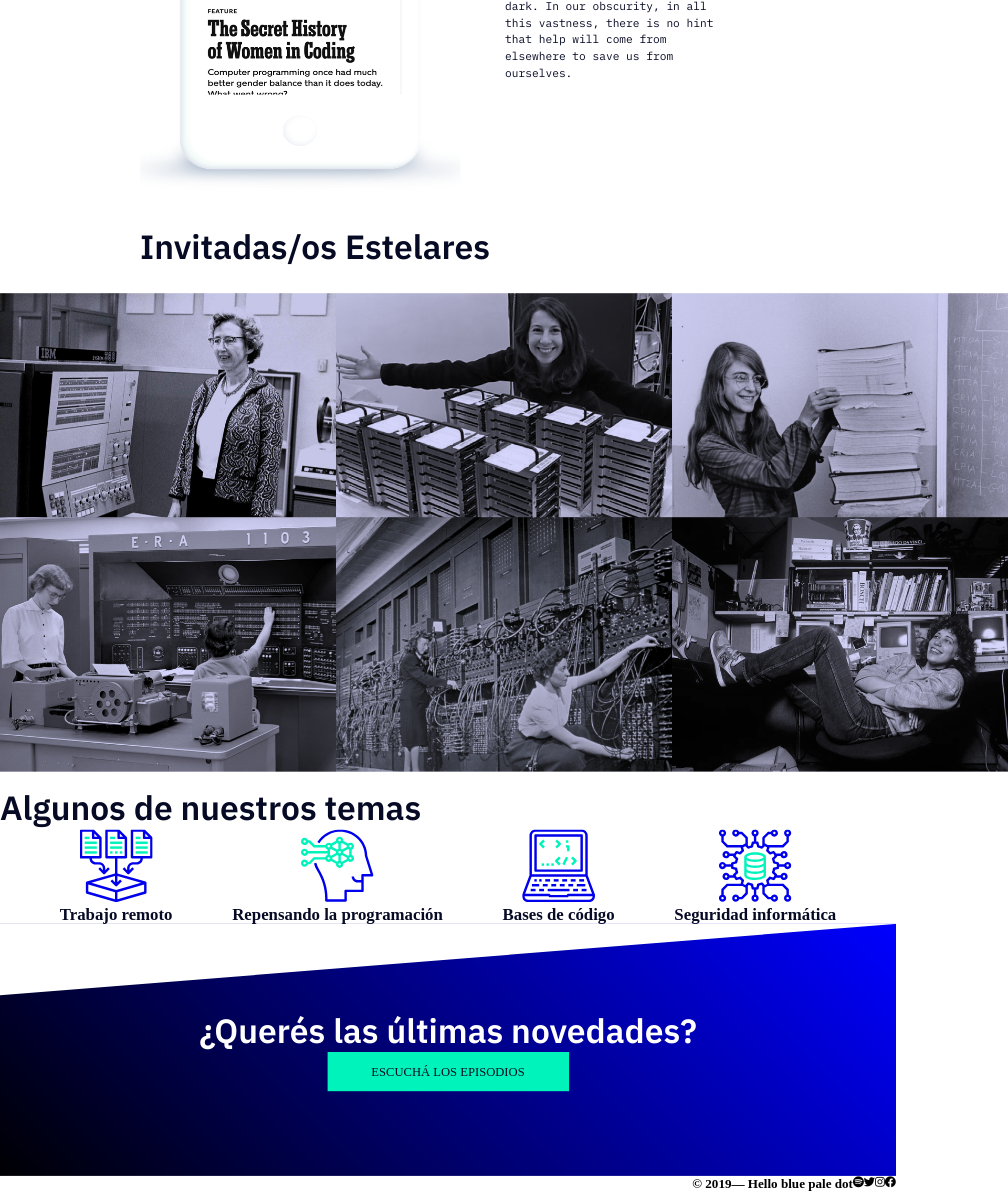
Repository: FedeGA93/podcast
Page: index.html
These files come from the project's save history. The page is drawn as it stood at one moment and after the next save; the edit follows.
The browser window is 1280 px wide. The page is 1440 px wide, so the pictures cover 1440 px, including what lies to the right of the window. The pictures show the part of the page from y = 1527 to 3247 px (the page is 3229 px tall before and 3247 px after), at 70% of full size.
Pictures or frames that could not be fetched are drawn as grey boxes. Some web libraries are served in a nearby version.

Above is the page before, as saved 2019-11-25 19:12:43.

### index.html
<!DOCTYPE html>
<html lang="es">

<head>
    <meta charset="UTF-8">
    <meta name="viewport" content="width=device-width, initial-scale=1.0">
    <meta http-equiv="X-UA-Compatible" content="ie=edge">
    <title>BlueDot</title>
    <link rel="stylesheet" href="styles/styles.css">
    <link href="https://fonts.googleapis.com/css?family=IBM+Plex+Mono|IBM+Plex+Sans:400,400i,500,600&display=swap"
        rel="stylesheet">
    <link rel="stylesheet" href="https://cdnjs.cloudflare.com/ajax/libs/font-awesome/5.11.2/css/all.css">
</head>

<body>
    <header>
        <div class="menu">
            <div>
                <img src="images/logo.svg" alt="Logo del podcast" class="responsive-logo">
            </div>
            <div>
                <nav>
                    <input type="checkbox" />
                    <span class="barras-negras-hamburger"></span>
                    <span class="barras-negras-hamburger"></span>
                    <span class="barras-negras-hamburger"></span>
                    <ul class="menu-child">
                        <li><a class="color-letras" href="#epi">EPISODIOS</a></li><br>
                        <li><a class="color-letras" href="#nos">NOSOTROS</a></li><br>
                        <li><a class="color-letras" href="#ent">ENTREVISTAS</a></li><br>
                        <li><a class="color-letras" href="#topi">TOPICOS</a></li><br>
                    </ul>
                </nav>
            </div>
        </div>
    </header>
    <main class="first-box">
        <div class="main-child">
            <h1>Hello <s>world</s> pale blue dot<strong class="strong-dot">.</strong></h1>
        </div>
        <div class="main-child">
            <p class="parrafos-general">El portal de podcasts que explora el mundo de la programación y <br> la
                tecnología.
                Nuevos episodios, todos los jueves cada 15 días.</p>
        </div>
        <div class="main-child">
            <article>
                <p><a class="btn cnmas" href="#nos">CONOCÉ MÁS</a></p>
            </article>
        </div>
    </main>
    <section>
        <article class="fondo-azul-gradiente sec">
            <div class="corteuno"></div>
            <div class="cortedos"></div>
            <div>
                <p class="color-blanco pad" id="epi">Episodios</p>
            </div>
            <div class="flex-spotify">
                <iframe src="https://open.spotify.com/embed-podcast/show/2ySVrxGkN6n6frMTo9Nsrt"
                    allowtransparency="true" frameborder="0" allow="encrypted-media"></iframe>
                <iframe src="https://open.spotify.com/embed-podcast/show/4kYCRYJ3yK5DQbP5tbfZby"
                    allowtransparency="true" frameborder="0" allow="encrypted-media"></iframe>
                <iframe src="https://open.spotify.com/embed-podcast/episode/2VHYWRX1mHcZQS89y3z2Xv" frameborder="0"
                    allowtransparency="true" allow="encrypted-media"></iframe>
                <iframe src="https://open.spotify.com/embed-podcast/show/2Iibd5A6R7mxkCm4NwNmUn"
                    allowtransparency="true" frameborder="0" allow="encrypted-media"></iframe>
            </div>
    </section>
    <section>

        <div class="informacion">
            <article>
                <img src="images/phone.png" alt="El podcast en un telefono" class="phone">
            </article>
            <articleS>
                <h2 class="color-negro" id="nos">De dónde venimos</h2>

                <p class="parrafos-general limit-text">Our posturings, our imagined self-importance, the delusion that
                    we
                    have some
                    privileged position in the Universe, are challenged by this point of pale light. </p> <br>

                <p class="parrafos-general limit-text">
                    Our planet is a lonely speck in the great enveloping cosmic dark. In our obscurity, in all this
                    vastness, there is no hint that help will come from elsewhere to save us from ourselves.</p>

                </article>
        </div>

    </section>
    <section>
        <h2 class="color-negro paddie" id="ent">
            Invitadas/os Estelares
        </h2>

        <div class="photo-box">
            <img src="images/grace-hopper.png" alt="Foto de Grace Hopper" class="photos">
            <img src="images/Katie-Bouman.png" alt="Foto de Katie Bouman" class="photos">
            <img src="images/Margaret_Hamilton.png" alt="Margaret Hamilton" class="photos">
            <img src="images/computadora1950.png" alt="Una computadora del año 1950" class="photos">
            <img src="images/computadoraprogramable.png" alt="La primera computadora programable del mundo"
                class="photos">
            <img src="images/susan-kare.png" alt="Foto de Susan Kare" class="photos">

        </div>
    </section>
    <section class="top">
        <h2 class="color-negro center-text" id="topi">Algunos de nuestros temas</h2>
        <div>
            <section class="alineado">
                <article>
                    <img src="images/icon1.svg" alt="Una computadora que demuestra el trabajo remoto"
                        class="theme-size">
                    <p class="temas">Trabajo remoto</p>
                </article>
                <article>
                    <img src="images/icon2.svg" alt="Una cabeza pensando" class="theme-size">
                    <p class="temas">Repensando la programación</p>
                </article>

                <article>
                    <img src="images/icon3.svg" alt=" Un libro de código" class="theme-size">
                    <p class="temas">Bases de código</p>
                </article>

                <article>
                    <img src="images/icon4.svg" alt="Logo de seguridad" class="theme-size">
                    <p class="temas">Seguridad informática</p>
                </article>
            </section>
        </div>
    </section>
    <section>
        <div class="fondo-azul-gradiente secfoot">
            <div class="corteuno"></div>
            <article>
                <h2 class="color-blanco center-text">
                    ¿Querés las últimas novedades?
                </h2>
            </article>

            <article>
                <p> <a class="btn ele" href="#epi">ESCUCHÁ LOS EPISODIOS</a> </p>
            </article>

        </div>
    </section>

    <footer>
        <div class="flex-end">
            <h3 class="informacion">© 2019— Hello blue pale dot </h3>
            <i class="fab fa-spotify"></i>
            <i class="fab fa-twitter"></i>
            <i class="fab fa-instagram"></i>
            <i class="fab fa-facebook"></i>
        </div>
    </footer>
</body>

</html>

### styles/styles.css
* {
  margin: 0;
  padding: 0;
  border: 0;
  box-sizing: content-box;
}

.menu {
  display: flex;
  flex-flow: row;
  justify-content: space-between;
  padding: 22px 244px 120px 100px;
  position: static;
  top: 0;
  overflow: hidden;
}
.menu-child {
  display: flex;
  flex-flow: row wrap;
  text-decoration: none;
  list-style-type: none;
  justify-content: flex-end;
  text-indent: 20px;
}

.first-box {
  display: flex;
  flex-flow: column;
  padding: 0 13%;
}
.main-child {
  justify-content: center;
}
.color-letras:active {
  color: RGBA(6, 10, 36, 0.53);
}
.color-letras:hover {
  color: #00f3bb;
  text-decoration: line-through;
}
.color-letras {
  font-family: "IBM Plex Mono", monospace;
  font-size: 16px;
  color: #060a24;
  letter-spacing: 0;
  line-height: 28px;
  text-decoration: none;
}

h1 {
  font-family: "IBM Plex Sans", sans-serif;
  font-size: 64px;
  color: #060a24;
  letter-spacing: 0;
}
.strong-dot {
  font-family: "IBM Plex Sans", sans-serif;
  font-size: 64px;
  color: #0000ec;
  letter-spacing: 0;
}
.parrafos-general {
  font-family: "IBM Plex Mono", monospace;
  font-size: 16px;
  color: #060a24;
  letter-spacing: 0;
  line-height: 24px;
}

input {
  display: none;
}

.sec {
  position: relative;
  width: 100%;
  height: 124vh;
  overflow: hidden;
}
.secfoot {
  display: flex;
  justify-content: center;
  align-items: center;
  flex-direction: column;
  position: relative;
  width: 100%;
  height: 50vh;
  overflow: hidden;
}
.fondo-azul-gradiente {
  background-image: linear-gradient(225deg, #0000ff 0%, #000003 100%);
}

/* Cortes del fondo */

.corteuno {
  position: absolute;
  top: 0;
  left: 0;
  border-width: 0 0 8vw 100vw;
  border-style: solid;
  border-color: transparent #fff transparent;
}
.cortedos {
  position: absolute;
  bottom: 0;
  left: 0;
  border-width: 0 0 10vw 100vw;
  border-style: solid;
  border-color: transparent transparent #fff;
}

.color-blanco {
  font-family: 'IBM Plex Sans', sans-serif;
  font-size: 48px;
  color: #ffffff;
  letter-spacing: 0;
}.color-negro {
  font-family: "IBM Plex Sans", sans-serif;
  font-size: 48px;
  color: #060a24;
  letter-spacing: 0;
}
.informacion {
  display: flex;
  justify-content: flex-start;
  flex-direction: row;


}

.btn {
  display: flex;
  align-items: center;
  justify-content: center;
  background-color: #00f3bb;
  font-family: "IBMPlexMono", Medium;
  font-size: 18px;
  color: #060a24;
  letter-spacing: 0;
  text-align: center;
  line-height: 24px;
  text-decoration: none;
}
.btn:hover,
.btn:focus {
  background-image: linear-gradient(225deg, #0000fe 0%, #00f0b8 100%);
  color: #ffffff;

}
.cnmas{
  height: 56px;
  width: 226px;
}
.ele{
  width: 345px;
  height: 56px;

}

.flex {
  display: flex;
  flex-direction: row;
  flex-wrap: nowrap;
  justify-content: space-between;
}
.pad {
  padding:7% 12.76% 0;
}
.flex-spotify {
  display: flex;
  flex-flow: row wrap;
  padding: 2% 8% ;
}
.temas {
  font-family: "IBMPlexSans";
  font-weight: 600;
  font-size: 24px;
  color: #060a24;
  letter-spacing: 0;
  text-align: center;
}

.alineado {
  display: flex;
  flex-flow: row;
  justify-content: space-evenly;
  text-align: center;
}
.phone {
  position: relative;
  top: -311px;
  height: 660px;
  width: 457.6px;
  padding: 200px 64px 0 200px;
}
iframe {
  padding: 0 72px 72px 0;
  position: relative;
  z-index: 1;
  width:44%;
  height: 232px ;
}

.paddie {
  margin: -267px 0 36px 200px;
  z-index: 1;
}
.photos {
  width: 480px;
  height: 364px;
}
.photo-box {
  width:fit-content;
  display: grid;
  grid-template-columns: repeat(3, 0fr);
  grid-template-rows: repeat(2, min(25vw));
}
.limit-text{
  width: 54%;
}
.theme-size{
  width: 104px;
  height: 104px;
}
.top{
  margin-top:5%;
}
.flex-end{
  display: flex;
  flex-direction: row;
  justify-content: flex-end;
}
/*
  ***************************************************
    ***********************************************
      ********************************************
        ****************************************
        *****************MOBILE*****************
        ****************************************
      ********************************************
     **********************************************
   **************************************************
 */

@media screen and (max-width: 600px) {
  * {
    margin: 0px;
    padding: 0;
    border: 0;
  }
  .barra-navegadora {
    display: none;
  }
  .menu{
    padding: 0px;
  }
  .seccion {
    width: 100%;
  }

  .responsive-logo {
    margin: 2.2% 87.5% 1.2% 2%;
  }
  .menu-child {
    display: none;
  }
  .menu-child:hover {
    display: block;
  }
  #burger {
    display: flex;
    justify-content: flex-end;
  }
  h1 {
    font-family: "IBM Plex Sans", sans-serif;
    font-size: 36px;
    color: #060a24;
    letter-spacing: 0;
    line-height: 42px;
  }

  p.parrafos-general {
    font-family: "IBM Plex Mono", monospace;
    font-size: 14px;
    color: #060a24;
    letter-spacing: 0;
    line-height: 22px;
  }
    h2.color-blanco {
    font-family: "IBM Plex Sans", sans-serif;
    font-size: 36px;
    color: #ffffff;
    letter-spacing: 0;
    line-height: 42px;
  }
  h2.color-negro {
    font-family: "IBM Plex Sans", sans-serif;
    font-size: 36px;
    color: #060a24;
    letter-spacing: 0;
    line-height: 42px;
  }
  .cnmas {
    height: 48px;
    width: 100%;
  }
  .barras-negras-hamburger {
    display: block;
    width: 33px;
    height: 4px;
    margin-bottom: 5px;
    position: relative;
    background: black;
    border-radius: 3px;
  }
  .sec{
    height: 160vh;
  }
  .secfoot{
    height: 40vh;
  }
  .center-text{
    text-align: center;
  }
  .phone{
    top:-60px;
    padding: 0;
    width: 360px;
    height: 519px;

  }
  .photo-box{
    grid-template-columns: repeat(1, 0);
    grid-template-rows: repeat(1, 16.5%);
  }
  .paddie{
    margin: 0;
  }
  .photos{
    height: auto;
    width: 100vw;
  }
  iframe{
    padding: 1%;
    width: auto;
  }
  .informacion{
    flex-direction: column;
  }
  .alineado{
    flex-direction: column;
  }
}
/*
  ***************************************************
    ***********************************************
      ********************************************
        ****************************************
         ***************TABLET*****************
        ****************************************
      ********************************************
     **********************************************
   **************************************************
 */

After the next save:
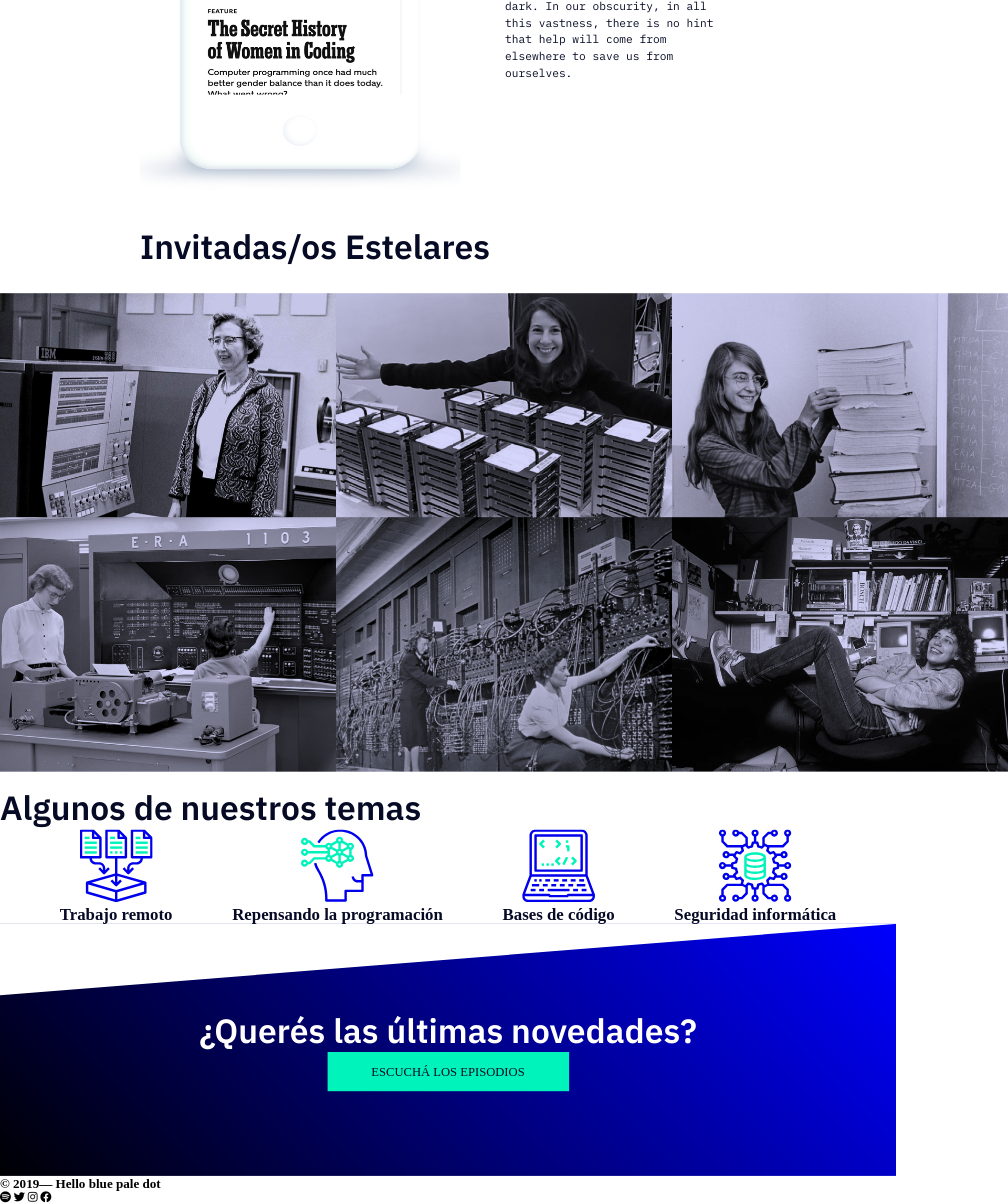
Saved 19 s later.
--- a/index.html
+++ b/index.html
@@ -148,7 +148,7 @@
     </section>
 
     <footer>
-        <div class="flex-end">
+        <div>
             <h3 class="informacion">© 2019— Hello blue pale dot </h3>
             <i class="fab fa-spotify"></i>
             <i class="fab fa-twitter"></i>
